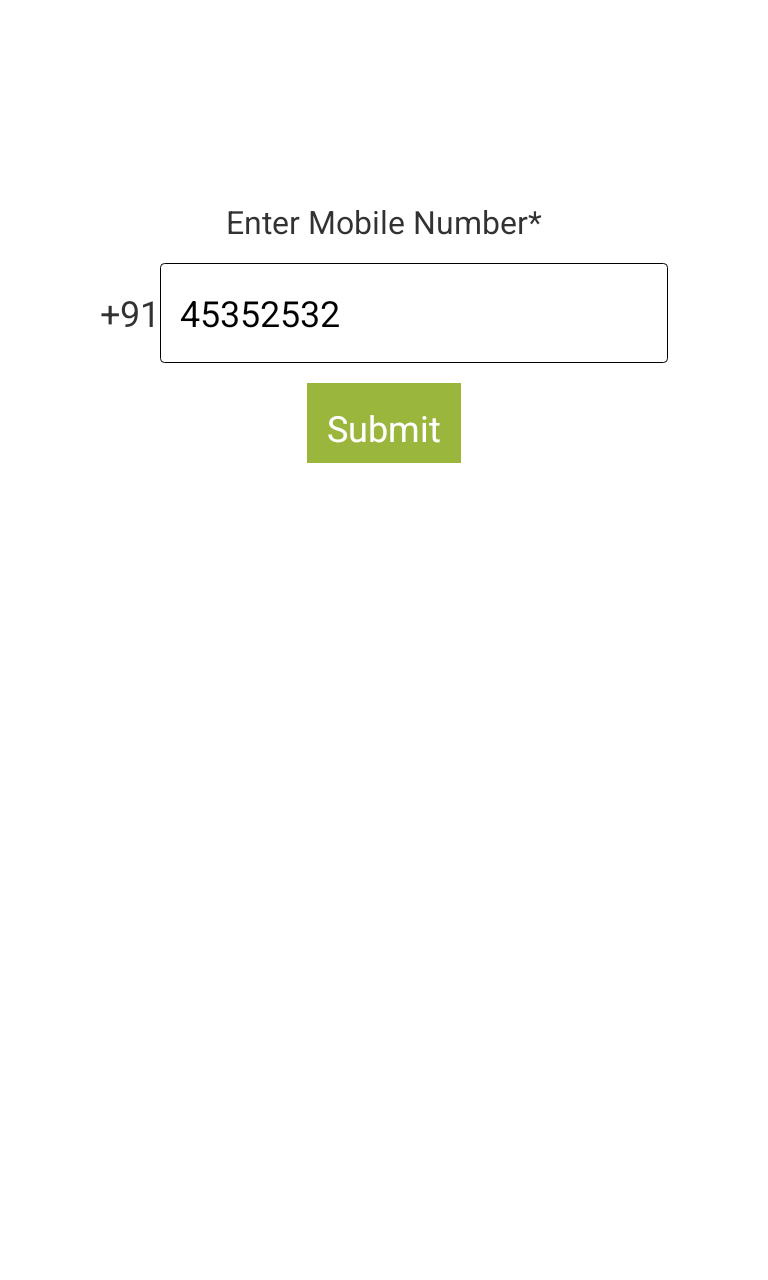
Repository: amitvikramjaiswal/amit-work
Layout: MandiTrades/MandiTradesAndroid/res/layout/first_screen.xml
These files come from the project's save history. The layout is drawn as it stood at one moment and after the next save; the edit follows.
It is drawn on a 768 x 1280 px phone screen (xhdpi) without system bars, with theme AppTheme; the app's code is not run.

Above is the layout before, as saved 2014-11-14 14:10:11.

After the next save:
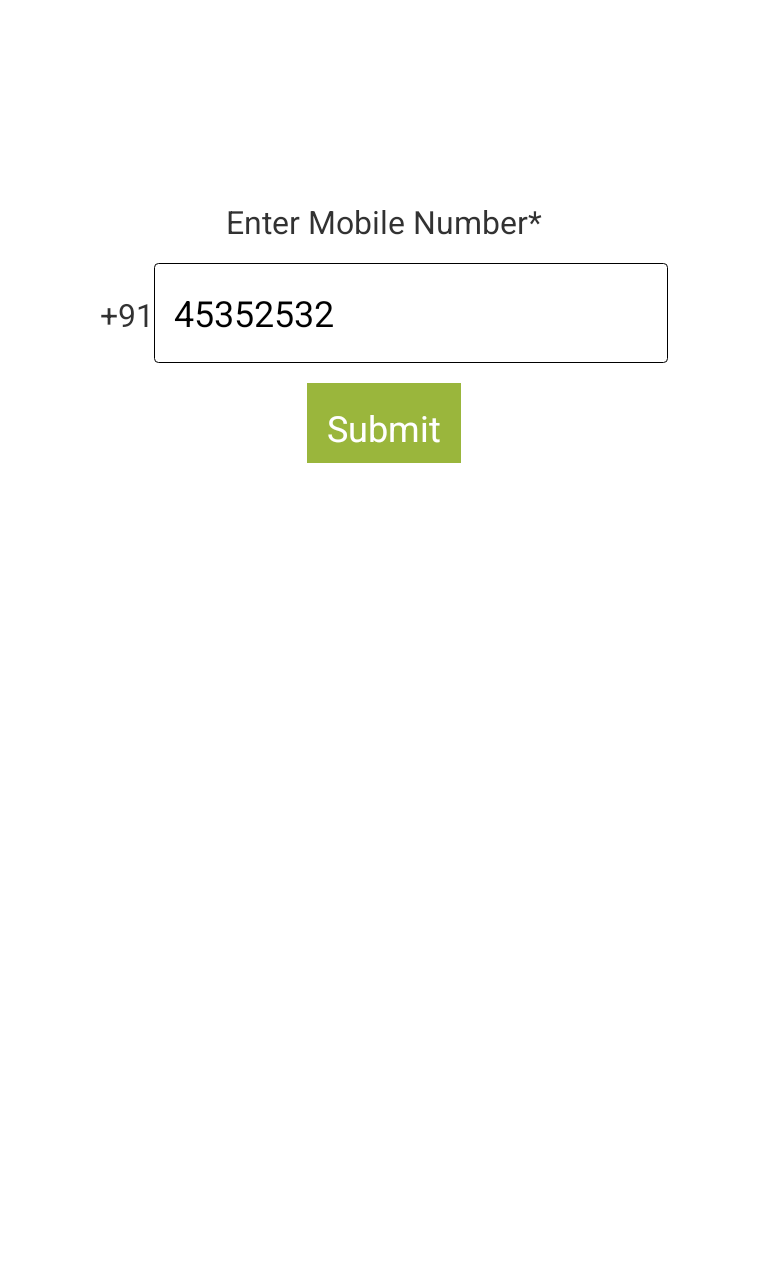
Saved 7 s later.
--- a/MandiTrades/MandiTradesAndroid/res/layout/first_screen.xml
+++ b/MandiTrades/MandiTradesAndroid/res/layout/first_screen.xml
@@ -34,7 +34,7 @@
                 android:layout_width="wrap_content"
                 android:layout_height="wrap_content"
                 android:gravity="center"
-                android:textSize="18sp"
+                android:textSize="16sp"
                 android:text="+91" />
 
             <EditText
